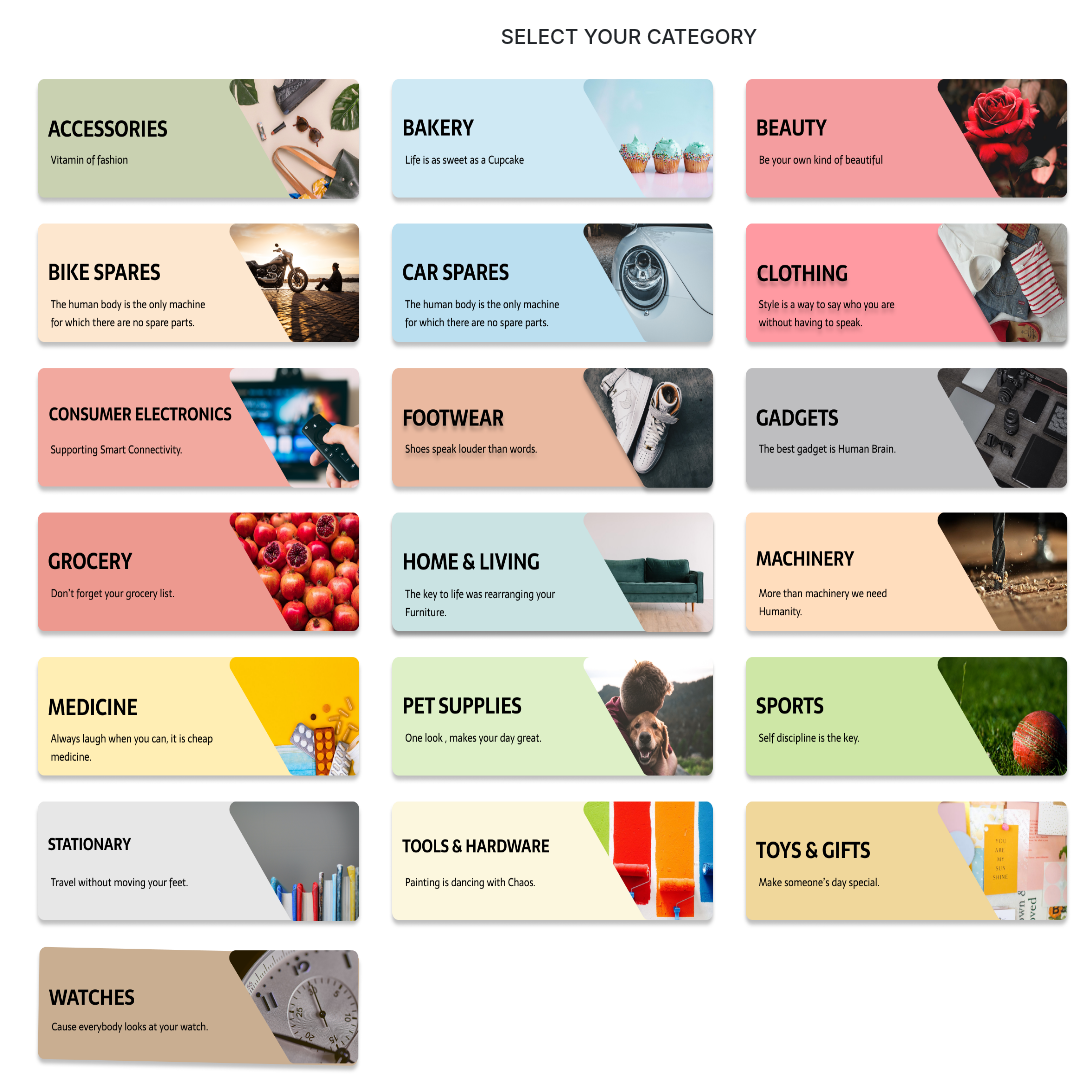
Repository: simranbhurat/WhiteLeaf
Page: frontend/category.html
An editor plug-in stored every save of this project. The page is shown before and after the next save, followed by the edit.
The browser window is 1280 px wide. The pictures show the whole page, at 85% of full size.
Some web libraries are served in a nearby version.

Above is the page before, as saved 2020-07-24 23:06:56.

After the next save:
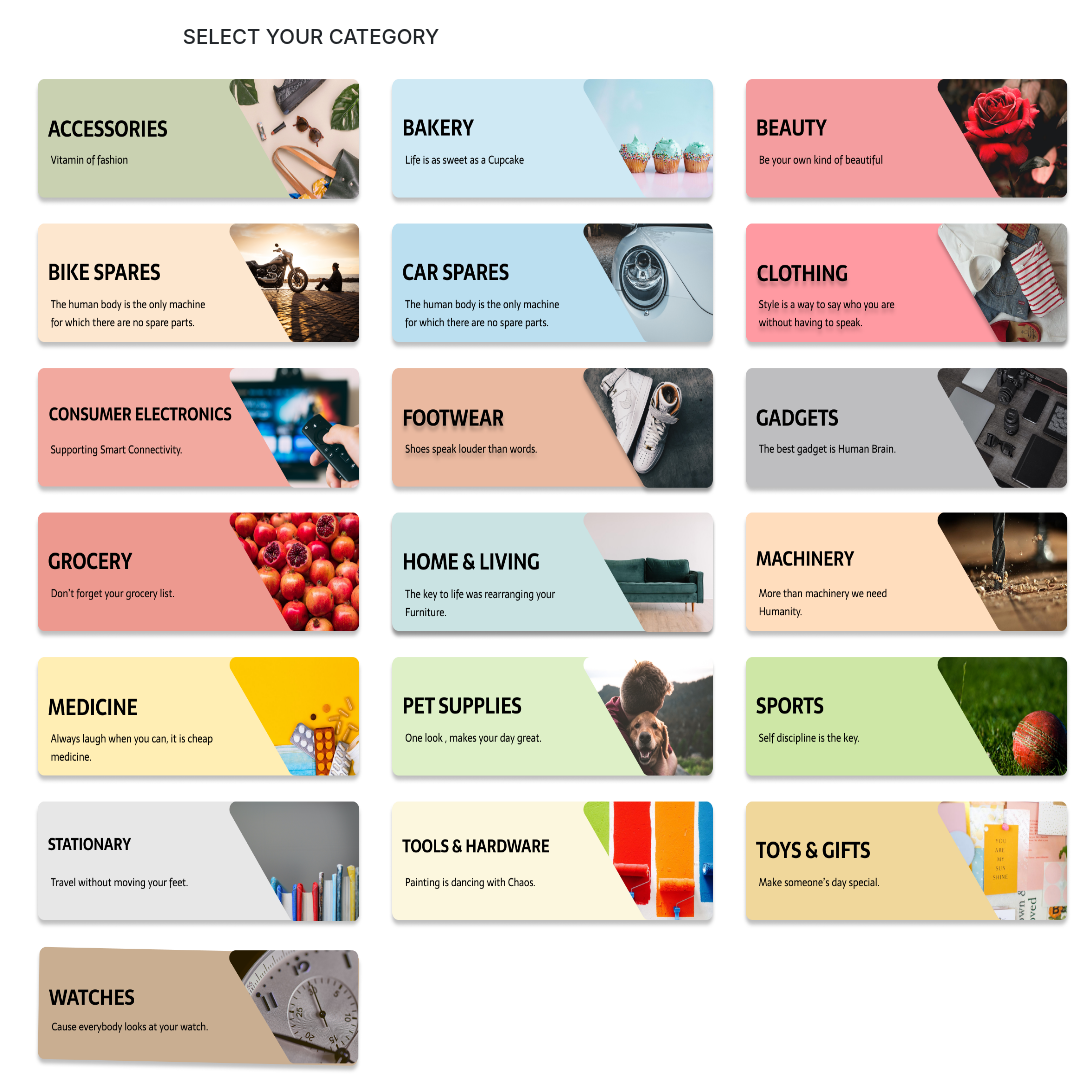
Saved 39 s later.
--- a/frontend/category.html
+++ b/frontend/category.html
@@ -24,7 +24,7 @@
 <body>
 
     <div class="container-fluid">
-        <h4 class="mb-4 cen" style="text-align:center">SELECT YOUR CATEGORY</h4>
+        <h4 class="mb-4 cen" style="mr">SELECT YOUR CATEGORY</h4>
         <form class="needs-validation" novalidate class="modal-content animate">
             <div class="container-fluid">
 
